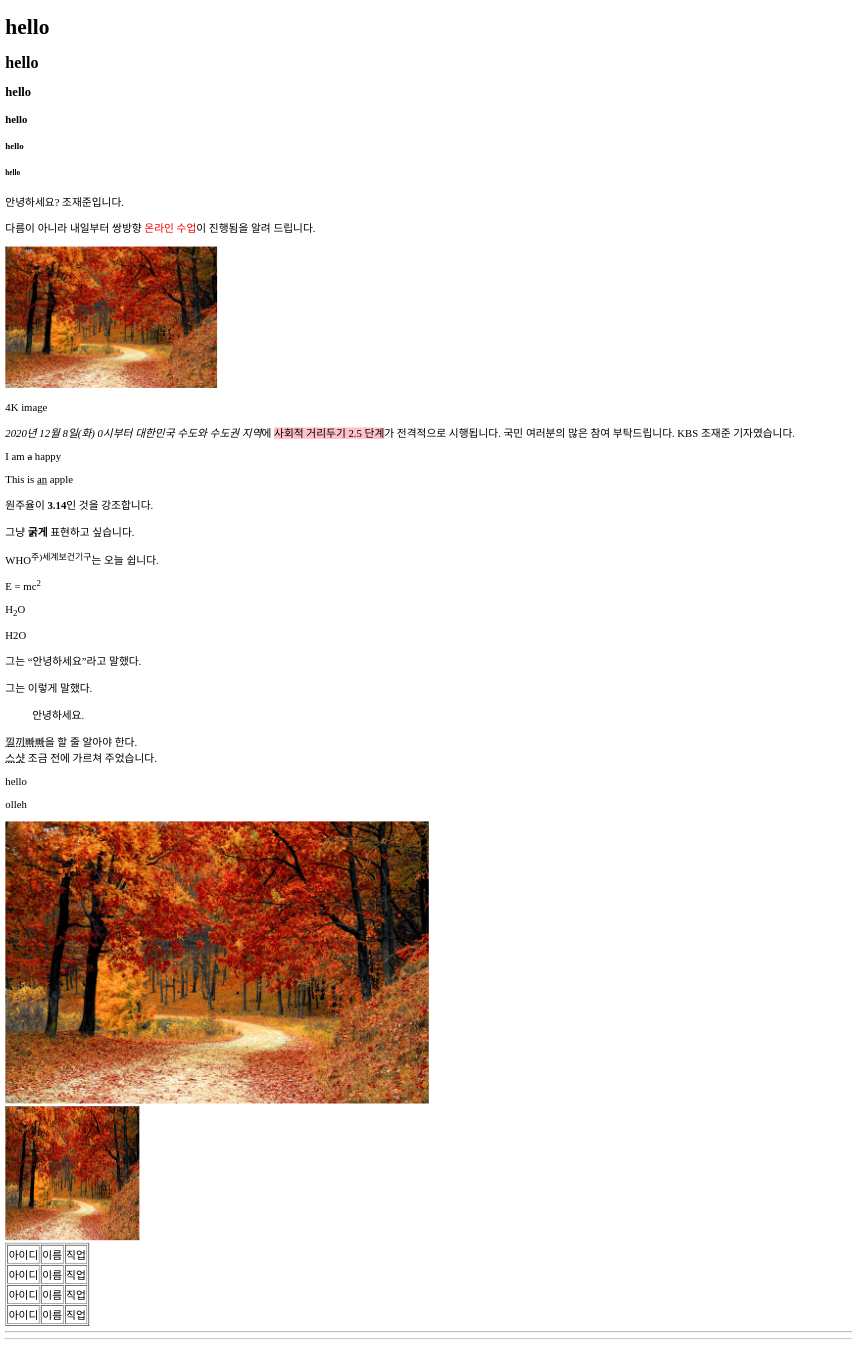
Repository: Chojaejun/javastudy
Page: HelloWorld/WebContent/f.html
The author's editor kept a copy of each file at every save. The page is drawn from the files as they stood at one save, then again after the next save.
The browser window is 1280 px wide. The pictures show the whole page, at 67% of full size.

Above is the page before, as saved 2020-12-07 06:54:15.

### HelloWorld/WebContent/f.html
<!DOCTYPE html>
<html>
<head>
<meta charset="UTF-8">
<title>Insert title here</title>
</head>
<body>
<!-- 헤더태크는 블락태그 = 한줄을 다 먹음. 위 아래로 띄어쓰기 -->
<h1>hello</h1>
<h2>hello</h2>
<h3>hello</h3>
<h4>hello</h4>
<h5>hello</h5>
<h6>hello</h6>

<!-- p태그는 자동 줄바꿈 안됨. html에서 줄바꿈은 <br>-->
<p>
	안녕하세요?
	조재준입니다.
</p>
<!-- span태그는 인라인태그 글에 색이나 줄을 사용하고 싶을 때 사용 -->
<p>
	다름이 아니라
	내일부터 쌍방향 <span style="color: red;">온라인 수업</span>이 진행됨을 알려 드립니다.
</p>


<div>

	<img style="width: 25%;height: 25%;" alt="4k image" src="test.jpg"><br>
	<p>4K image</p>

</div>

<!-- 시멘틱태그란 의미가 있는 태그명 -->
<section>
	<article>
	<!-- i태그와 em태그의 기울어짐 효과는 같지만 i를 쓰면 기울기, em은 강조에 사용 -->
	<!-- mark태그는 시멘틱요소 형관펜으로 칠한 효과 -->
	<i>2020년 12월 8일(화) 0시부터</i> <em>대한민국 수도와 수도권 지역</em>에 <mark style="background-color: pink;">사회적 거리두기 2.5 단계</mark>가
	전격적으로 시행됩니다. 국민 여러분의 많은 참여 부탁드립니다. KBS 조재준 기자였습니다.

	</article>


</section>

<p>I am <del>a</del> happy</p>
<p>This is <ins>an</ins> apple</p>

<p>원주율이 <strong>3.14</strong>인 것을 강조합니다.</p>
<p>그냥 <b>굵게</b> 표현하고 싶습니다.</p>

<p>WHO<sup>주)세계보건기구</sup>는 오늘 쉽니다.</p>
<p>E = mc<sup>2</sup></p>
<p>H<sub>2</sub>O</p>
<p>H2O</p>

<!-- 문장중에 ""를 사용할 때는 <q>입력문자</q>를 사용한다. -->
<p>그는 <q>안녕하세요</q>라고 말했다.</p>
<p>그는 이렇게 말했다.
</p>
<!-- 들여쓰기를 할 때는 <blochquote>내용입력</blockquoute>를 사용한다. -->
<blockquote>안녕하세요.</blockquote>

<!-- <abbr>문장입력</abbr> 은 축약된 단어임을 나타냄 -->
<abbr title="낄때 끼고 빠질 때 빠진다.">낄끼빠빠</abbr>을 할 줄 알아야 한다.
<br>
<abbr title="스크린 샷">스샷</abbr> 조금 전에 가르쳐 주었습니다.

<p>hello</p>
<!-- 아랍어 사용처럼 글을 반대로 써야할 때 사용 <dbo dir="rtl">입력문자</dbo> -->
<p><bdo dir="rtl">hello</bdo></p>

<!-- 그림을 눌렀을 때 그 사이트로 이동하고 싶을 때는 <a>태그로 묶어준다. -->
<a href="https://www.nate.com"><img alt="4k image" src="test.jpg" style="width: 50%; height: 50%;"></a>
<br>
<img alt="4k image" src="test.jpg" style="width: 200px; height: 200px;" usemap="#myMap">

<map name="myMap">
	<area alt="이미지의 왼쪽" shape="rect" coords="0,0,100,100" href="https://www.google.com">
	<area alt="이미지의 우측" shape="rect" coords="101,101,200,200" href="https://www.naver.com">

</map>
<!-- table은 표 -->
<table border="1">
	<thead>
		<tr>
			<td>아이디</td>
			<td>이름</td>
			<td>직업</td>
		</tr>
	</thead>

	<tbody>
		<tr>
		<td>아이디</td>
			<td>이름</td>
			<td>직업</td>
		</tr>
		<tr>
		<td>아이디</td>
			<td>이름</td>
			<td>직업</td>
		</tr>
		<tr>
		<td>아이디</td>
			<td>이름</td>
			<td>직업</td>
		</tr>



	</tbody>



</table>












<hr>
<hr>














</body>
</html>

After the next save:
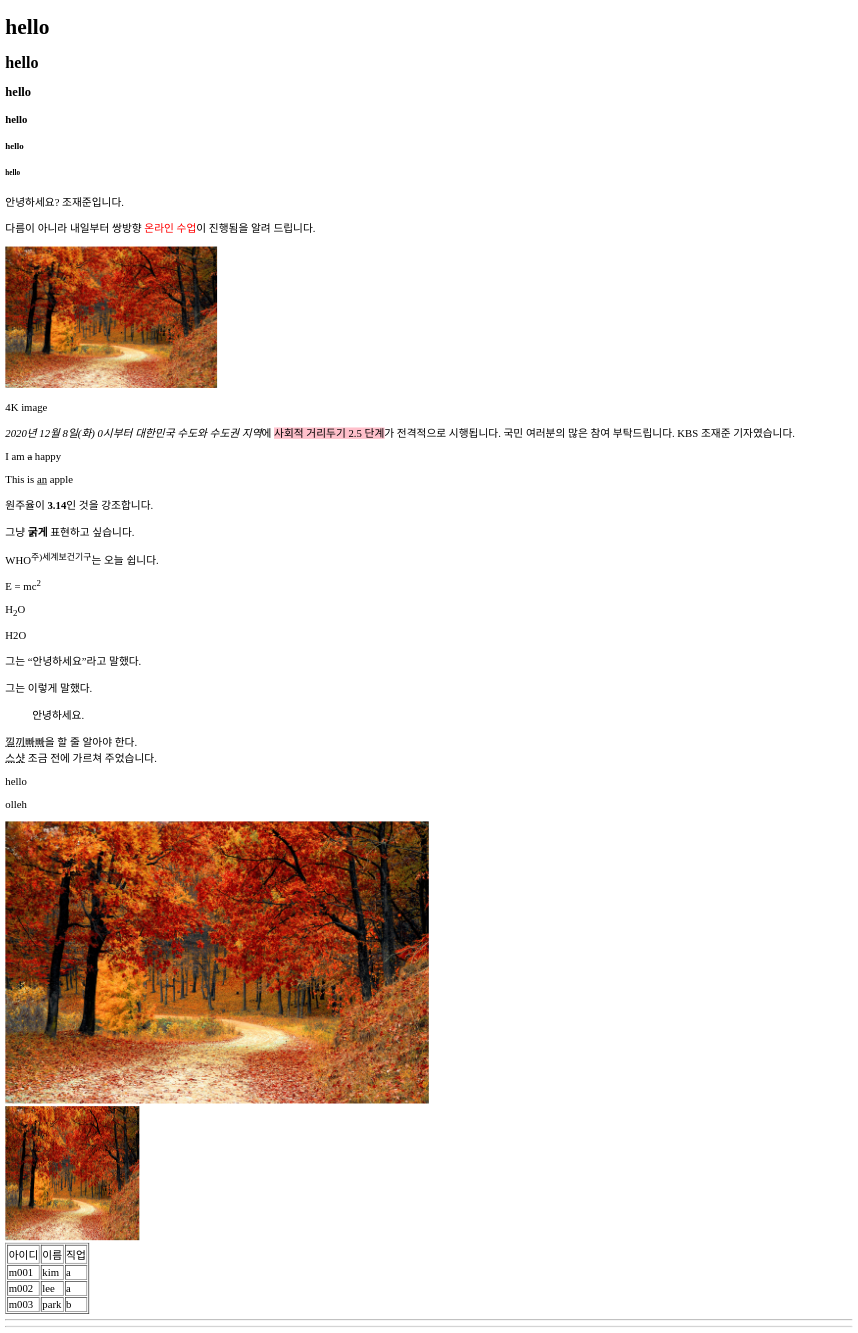
Saved 49 s later.
--- a/HelloWorld/WebContent/f.html
+++ b/HelloWorld/WebContent/f.html
@@ -94,19 +94,19 @@
 
 	<tbody>
 		<tr>
-		<td>아이디</td>
-			<td>이름</td>
-			<td>직업</td>
+		<td>m001</td>
+			<td>kim</td>
+			<td>a</td>
 		</tr>
 		<tr>
-		<td>아이디</td>
-			<td>이름</td>
-			<td>직업</td>
+		<td>m002</td>
+			<td>lee</td>
+			<td>a</td>
 		</tr>
 		<tr>
-		<td>아이디</td>
-			<td>이름</td>
-			<td>직업</td>
+		<td>m003</td>
+			<td>park</td>
+			<td>b</td>
 		</tr>
 
 
